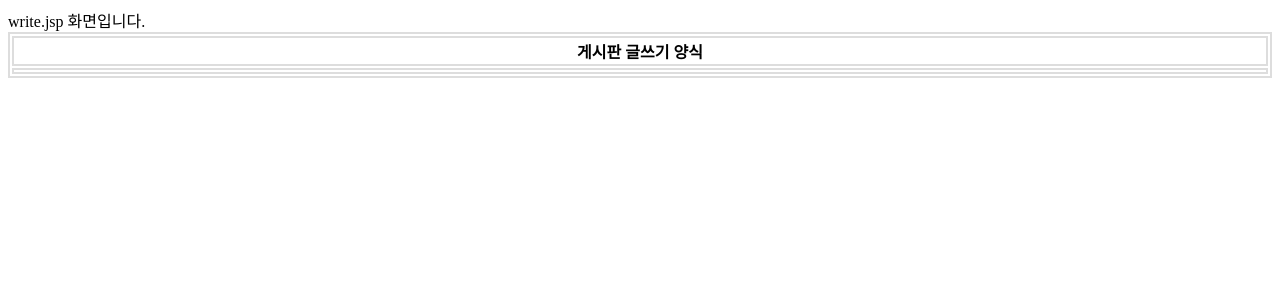
Repository: minjikimkim2222/BBS
Page: http://localhost/BBS/write.jsp
These files come from the project's save history. The page is drawn as it stood at one moment and after the next save; the edit follows.
The browser window is 1280 px wide. The pictures show the whole page.
The page is served by Tomcat 9. Other server files are loaded and not shown.

Above is the page before, as saved 2024-01-02 11:41:26.

### BBS/src/main/webapp/write.jsp
<%@ page language="java" contentType="text/html; charset=UTF-8"
    pageEncoding="UTF-8"%>
<!DOCTYPE html>
<html>
<head>
<meta charset="UTF-8">

<style>

		table, th, td {
			border : 2px solid #dddddd;
		}

		table {
		 	width : 100%;

		}
</style>
<title>write 화면</title>
</head>
<body>

write.jsp 화면입니다.

	<div class = "my-container">
		<div class = "my-row">
			<form method = "post" action = "writeAction.jsp">
				<table>
					<thead>
						<tr>
							<th>게시판 글쓰기 양식</th>
						</tr>
					</thead>
					<tbody>
						<tr>
							<td></td>
						</tr>
					</tbody>
				</table>
			</form>
		</div>
	</div>
</body>
</html>

After the next save:
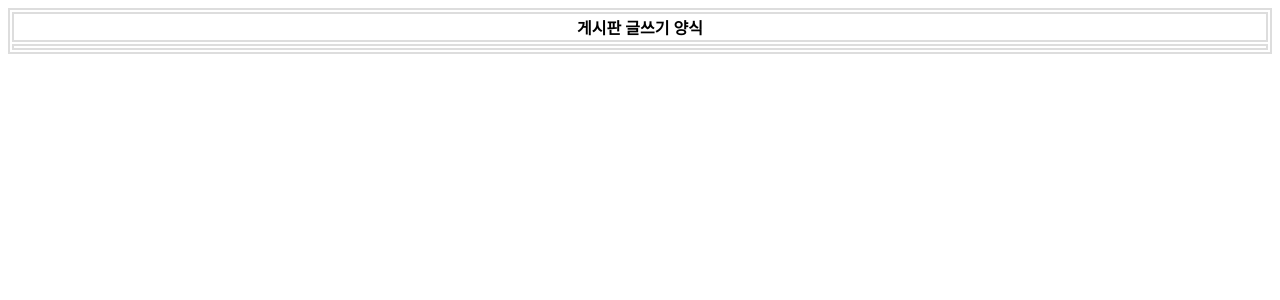
Saved 7 s later.
--- a/BBS/src/main/webapp/write.jsp
+++ b/BBS/src/main/webapp/write.jsp
@@ -20,8 +20,6 @@
 </head>
 <body>
 
-write.jsp 화면입니다.
-
 	<div class = "my-container">
 		<div class = "my-row">
 			<form method = "post" action = "writeAction.jsp">
